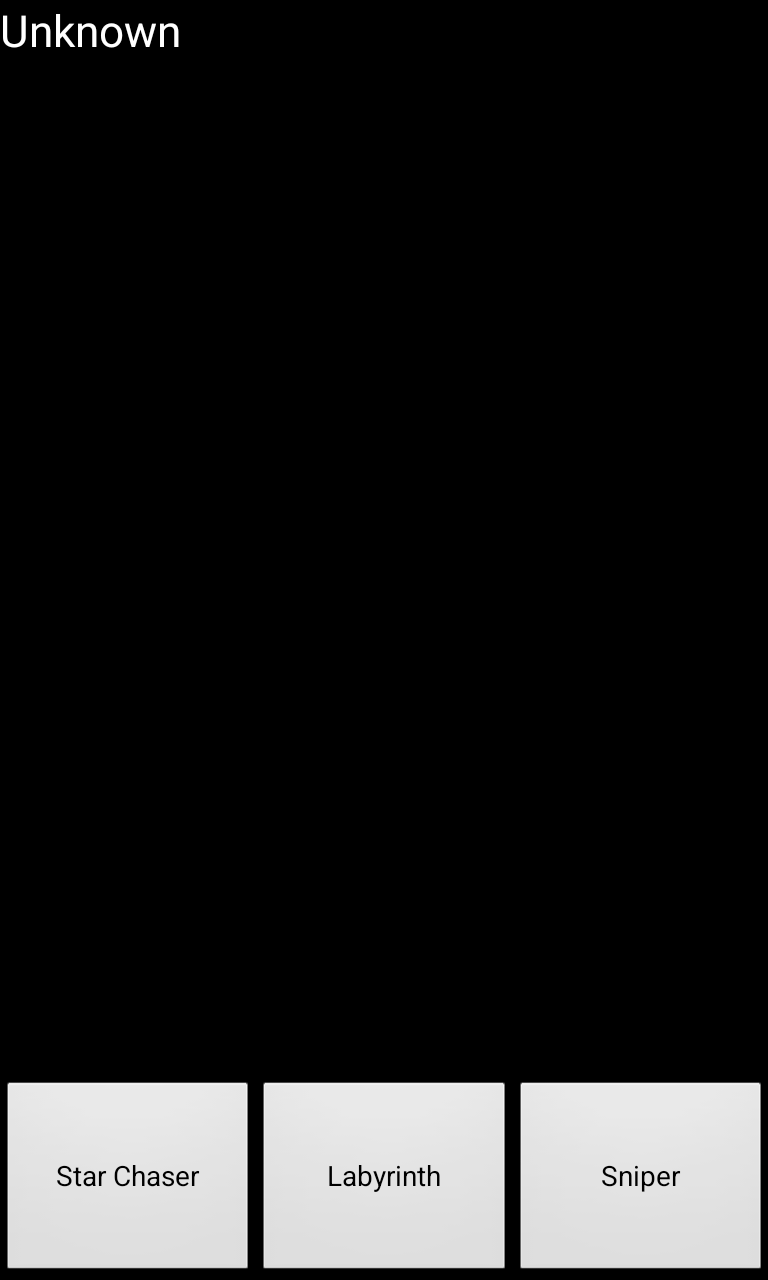
Repository: Malow/PhoneGame
Layout: Android/WiiPhone/res/layout/activity_main.xml
These files come from the project's save history. The layout is drawn as it stood at one moment and after the next save; the edit follows.
It is drawn on a 768 x 1280 px phone screen (xhdpi) without system bars, with theme android:Theme.NoTitleBar.Fullscreen; the app's code is not run. The app's manifest (not shown) leaves right-to-left support off. So textAlignment, textDirection and layoutDirection are ignored, and left and right values win over start and end ones.

Above is the layout before, as saved 2013-04-26 10:39:53.

After the next save:
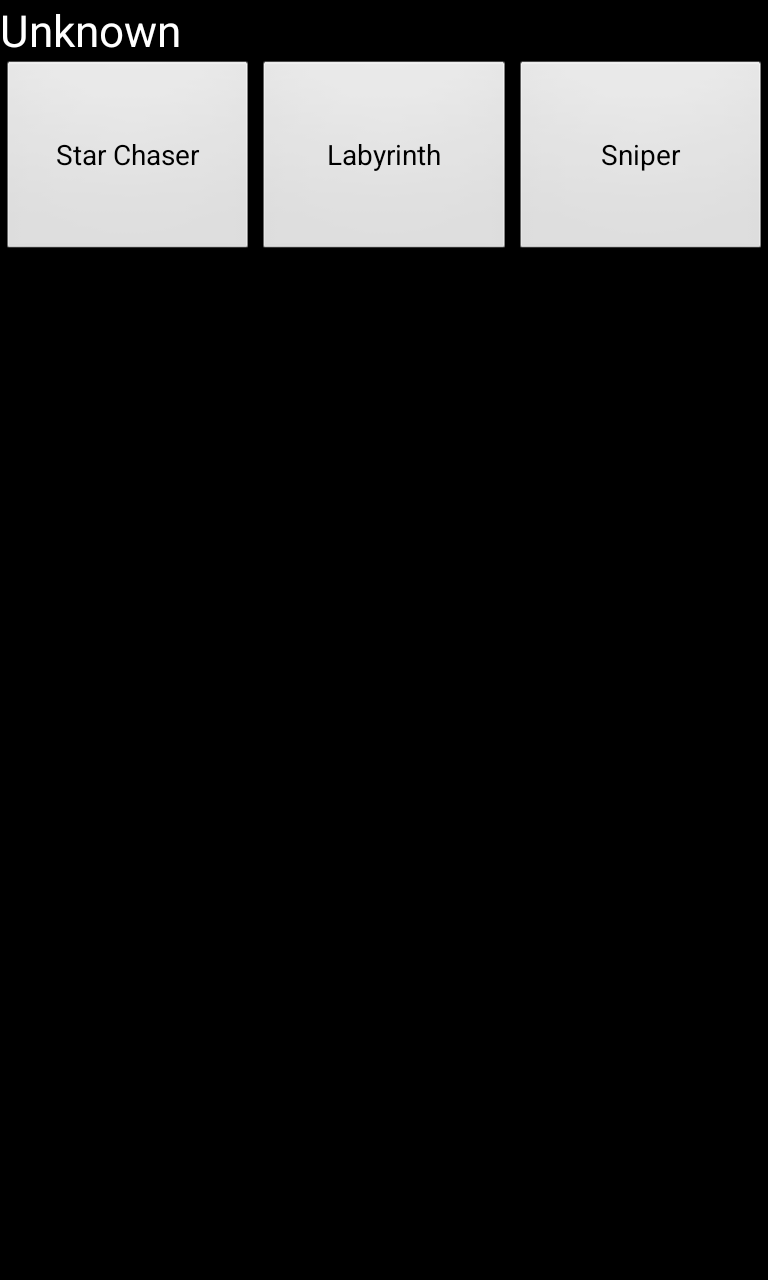
Saved 15 s later.
--- a/Android/WiiPhone/res/layout/activity_main.xml
+++ b/Android/WiiPhone/res/layout/activity_main.xml
@@ -8,7 +8,6 @@
         android:id="@+id/textView1"
         android:layout_width="wrap_content"
         android:layout_height="wrap_content"
-        android:layout_weight="0.10"
         android:text="Unknown"
         android:textAlignment="center"
         android:textAppearance="?android:attr/textAppearanceLarge" />
